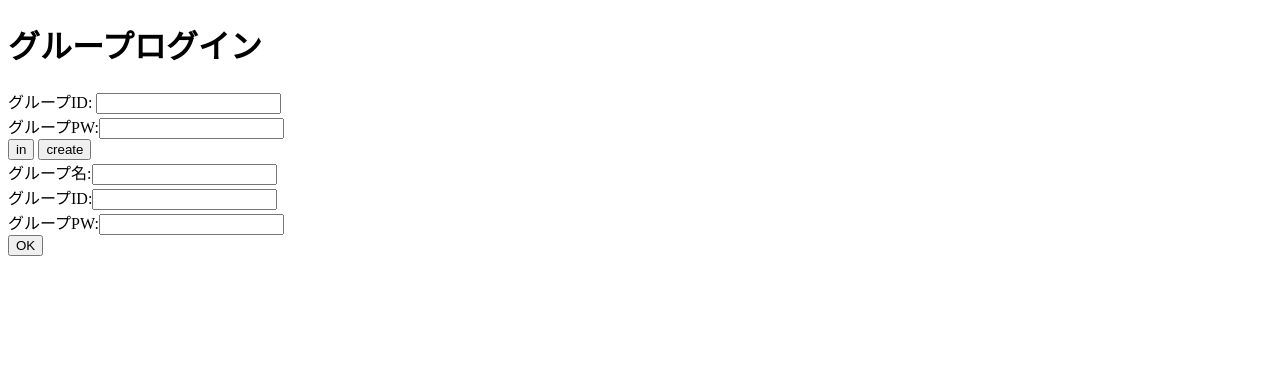
Repository: s-Zenya/SD-2017
Page: eclipse/Family/WebContent/group/group.html
The author's editor kept a copy of each file at every save. The page is drawn from the files as they stood at one save, then again after the next save.
The browser window is 1280 px wide. The pictures show the whole page.

Above is the page before, as saved 2017-09-29 04:21:33.

After the next save:
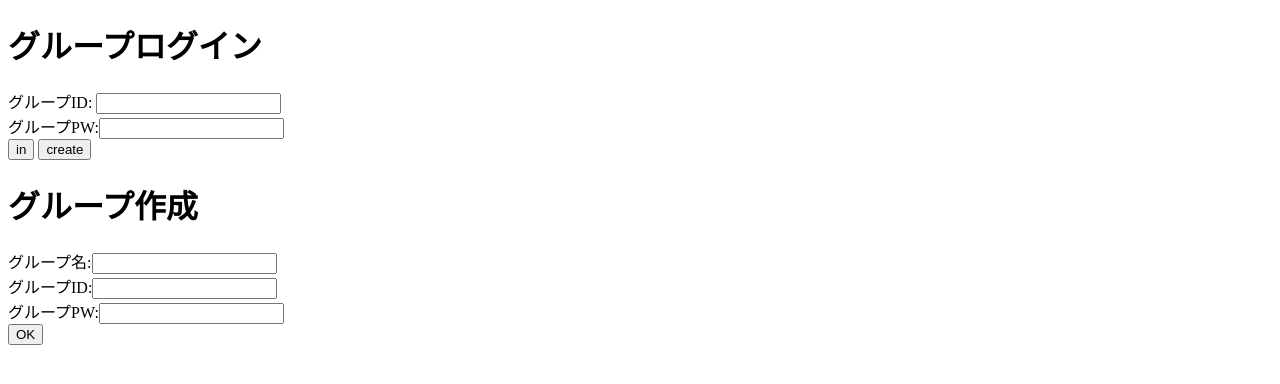
Saved 24 s later.
--- a/eclipse/Family/WebContent/group/group.html
+++ b/eclipse/Family/WebContent/group/group.html
@@ -10,8 +10,9 @@
 		グループID: <input type="text" name="gid"><br>
 		グループPW:<input type="text" name="gpw"><br>
 		<input type="submit"value="in">
-	    <input type="button" value="create">
+	    <input type="button" value="create"><br>
 	</form>
+	<h1>グループ作成</h1>
 	<form action = "" method = "post">
 		グループ名:<input type="text" name="gname"><br>
 		グループID:<input type="text" name="gid"><br>
